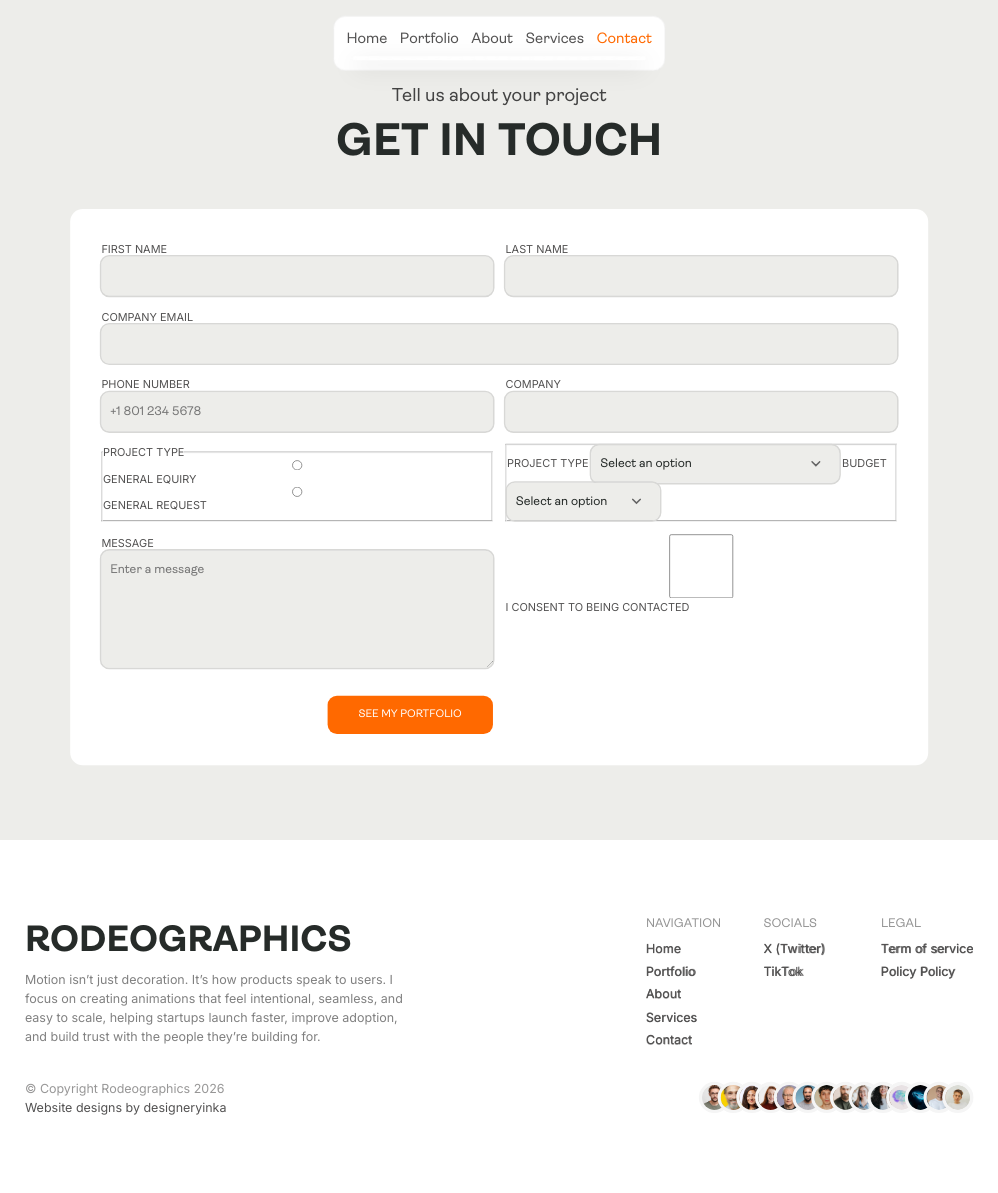
Repository: Ajeyinka/RodeoGraphics
Page: contact.html
These files come from the project's save history. The page is drawn as it stood at one moment and after the next save; the edit follows.
The browser window is 1280 px wide. The pictures show the whole page, at 78% of full size.

Above is the page before, as saved 2026-02-21 21:39:32.
Console error: ReferenceError: gsap is not defined

### contact.html
<!DOCTYPE html>
<html lang="en">
  <head>
    <meta charset="UTF-8" />
    <meta name="viewport" content="width=device-width, initial-scale=1.0" />
    <title>Contact | Motion Design for Startups</title>

    <meta
      name="description"
      content="Get in touch to discuss motion design for your product, startup, or upcoming launch."
    />
    <meta property="og:title" content="Contact | Motion Design for Startups" />
    <meta
      property="og:description"
      content="Get in touch to discuss motion design for your product, startup, or upcoming launch."
    />
    <meta property="og:image" content="" />
    <meta property="og:type" content="website" />
    <meta property="og:url" content="" />
    <script src="script.js" defer></script>
    <link rel="stylesheet" href="style.css" />
    <link
      rel="shortcut icon"
      href="images/favicon.ico.png"
      sizes="32x32"
      type="image/png"
    />
  </head>
  <body>
    <nav class="section_nav">
      <div class="container_large">
        <div class="container_nav">
          <div class="two-col-flex">
            <div class="nav_brand">
              <a href="index.html" class="nav_brand-link">
                <span>Rodeographics</span>
              </a>
            </div>
            <a href="#" class="toggle_button" id="toggle_button">
              <span class="bar one"></span>
              <span class="bar two"></span>
            </a>
          </div>
          <!-- Brand / Logo -->

          <!-- Navigation Menu -->
          <div class="nav_menu">
            <ul class="nav_list">
              <li class="nav_item">
                <a href="index.html" class="nav_link">Home</a>
              </li>
              <li class="nav_item">
                <a href="portfolio.html" class="nav_link">Portfolio</a>
              </li>

              <li class="nav_item">
                <a href="about.html" class="nav_link">About</a>
              </li>

              <li class="nav_item">
                <a href="services.html" class="nav_link">Services</a>
              </li>

              <li class="nav_item">
                <a href="contact.html" class="nav_link">Contact</a>
              </li>
            </ul>
          </div>
        </div>
      </div>
    </nav>

    <main>
      <section class="section_contact">
        <div class="container_large">
          <div class="padding_global">
            <div class="form_component">
              <div class="title-top">
                <p class="tag">Tell us about your project</p>
                <h1>GET IN TOUCH</h1>
              </div>
            </div>
            <div class="form-block">
              <form action="https://formspree.io/f/xzdapnao" method="POST">
                <div class="form-group">
                  <label for="fname">First Name</label>
                  <input
                    type="text"
                    name="first_name"
                    class="input"
                    id="fName"
                    required
                  />
                </div>
                <div class="form-group">
                  <label for="lname">Last Name</label>
                  <input
                    type="text"
                    name="last_name"
                    class="input"
                    id="lName"
                    required
                  />
                </div>
                <div class="form-group span-all">
                  <label for="email">Company Email</label>
                  <input
                    type="email"
                    name="company_email"
                    class="input"
                    id="email"
                    required
                  />
                </div>
                <div class="form-group">
                  <label for="tel"> Phone Number</label>
                  <input
                    type="tel"
                    class="input phone-input"
                    placeholder="+1 801 234 5678"
                    inputmode="tel"
                    autocomplete="tel"
                    id="tel"
                  />
                </div>

                <div class="form-group">
                  <label for="company">Company</label>

                  <input
                    type="text"
                    name="company"
                    class="input"
                    id="company"
                  />
                </div>

                <fieldset>
                  <legend>Project Type</legend>

                  <div class="form-group">
                    <input
                      type="radio"
                      id="general"
                      name="project"
                      value="General Equiry"
                      required
                    />
                    <label for="general">General Equiry</label>
                  </div>

                  <div class="form-group">
                    <input
                      type="radio"
                      id="support"
                      name="project"
                      value="General Requesr"
                      required
                    />
                    <label for="support">General Request</label>
                  </div>
                </fieldset>

                <fieldset>
                  <label>
                    Project Type
                    <select class="input select" name="project type">
                      <option value="" disabled selected>
                        Select an option
                      </option>
                      <option value="saas">SaaS/Explainer Video</option>
                      <option value="2d explainer">2D Explainer Video</option>
                      <option value="logo">Logo Animation</option>
                      <option value="ai vide0">
                        AI branding/product Launch Video
                      </option>
                      <option value="website">Website Interphase</option>
                      <option value="short form">Short Form Edit Video</option>
                    </select>
                  </label>
                  <label>
                    Budget
                    <select class="input select" name="budget">
                      <option value="" disabled selected>
                        Select an option
                      </option>
                      <option value="$0-$200">$0-$200</option>
                      <option value="$200-$500">$200-$500</option>
                      <option value="$500-$1000">$500-$1000</option>
                      <option value="$1000-above">$1000 and Above</option>
                    </select>
                  </label>
                </fieldset>
                <div class="form-group">
                  <label for="message">Message</label>
                  <textarea
                    name="textarea"
                    id="textarea"
                    class="input"
                    placeholder="Enter a message"
                  ></textarea>
                </div>
                <div class="form-group">
                  <input type="checkbox" name="consent" id="consent" required />
                  <label for="consent">I consent to being contacted</label>
                </div>

                <div class="input-submit">
                  <button type="submit" class="button-submit button">
                    <span class="text text-primary">See my portfolio</span>
                  </button>
                </div>
                <div class="form-success">
                  Thanks for reaching out. I’ll get back to you within 24 hours.
                </div>
              </form>
            </div>
          </div>
        </div>
      </section>
    </main>
    <footer>
      <div class="container_large">
        <div class="padding_global">
          <div class="footer-grid">
            <div class="footer-left">
              <h2>Rodeographics</h2>
              <p>
                Motion isn’t just decoration. It’s how products speak to users.
                I focus on creating animations that feel intentional, seamless,
                and easy to scale, helping startups launch faster, improve
                adoption, and build trust with the people they’re building for.
              </p>
            </div>
            <div class="footer-right">
              <div class="footer_link-wrapper">
                <div class="footer_links">
                  <h4>Navigation</h4>
                  <a href="index.html" class="footer_link">Home</a>
                  <a href="portfolio.html" class="footer_link">Portfolio</a>
                  <a href="about.html" class="footer_link">About</a>
                  <a href="services.html" class="footer_link">Services</a>
                  <a href="contact.html" class="footer_link">Contact</a>
                </div>
                <div class="footer_links">
                  <h4>Socials</h4>
                  <a href="https://x.com/designerola01" class="footer_link"
                    >X (Twitter)</a
                  >

                  <a
                    href="https://www.tiktok.com/@rodeodesigns?_r=1&_t=ZS-93MZgyCcf5N"
                    class="footer_link"
                    >TikTok</a
                  >
                </div>
                <div class="footer_links">
                  <h4>Legal</h4>
                  <a href="services.html" class="footer_link"
                    >Term of service</a
                  >

                  <a href="privacy.html" class="footer_link">Policy Policy</a>
                </div>
              </div>
            </div>
          </div>
          <div class="footer-bottom">
            <div>
              <p class="Copyright">© Copyright Rodeographics 2026</p>
              <a href="https://designeryinka.com/" target="_blank"
                >Website designs by designeryinka</a
              >
            </div>

            <div class="footer_proof">
              <img src="images/1.png" alt="" />
              <img src="images/2.png" alt="" />
              <img src="images/3.png" alt="" />
              <img src="images/4.png" alt="" />
              <img src="images/5.png" alt="" />
              <img src="images/6.png" alt="" />
              <img src="images/adewale.png" alt="" />
              <img src="images/adewale1.png" alt="" />
              <img src="images/adewale2.png" alt="" />
              <img src="images/adewale4.png" alt="" />
              <img src="images/adewalw5.png" alt="" />
              <img src="images/adewale6.png" alt="" />
              <img src="images/adewale7.png" alt="" />
              <img src="images/adewalw8.png" alt="" />
            </div>
          </div>
        </div>
      </div>
    </footer>
  </body>
</html>

Loaded but not shown: script.js (338 lines, source omitted); style.css (1925 lines, source omitted)

After the next save:
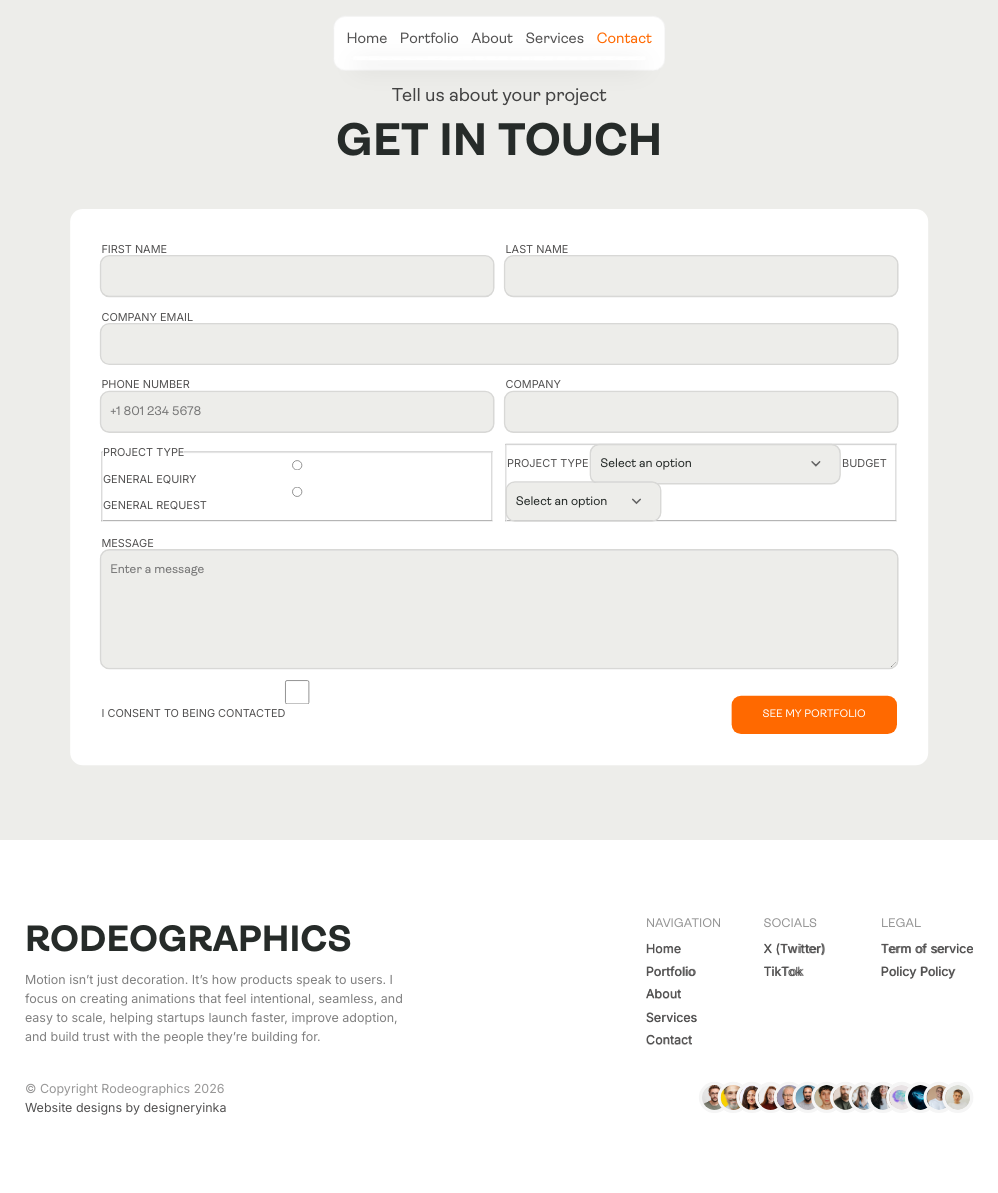
Saved 39 s later.
--- a/contact.html
+++ b/contact.html
@@ -191,7 +191,7 @@
                     </select>
                   </label>
                 </fieldset>
-                <div class="form-group">
+                <div class="form-group span-all">
                   <label for="message">Message</label>
                   <textarea
                     name="textarea"
